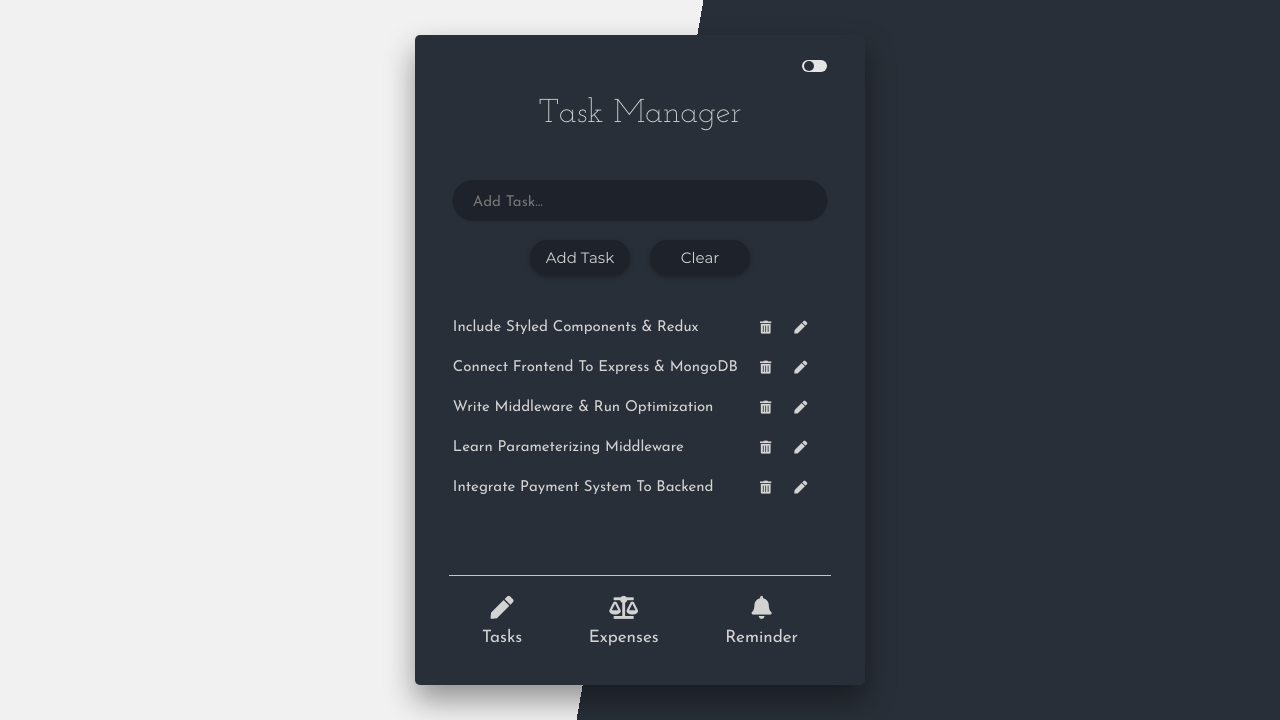
Repository: Kol124/react-task-manager
Page: /
These files come from the project's save history. The page is drawn as it stood at one moment and after the next save; the edit follows.
The browser window is 1280 px wide. The pictures show the whole page.
The project was rebuilt for these pictures with package versions that can differ from the ones it lists, and the page was loaded fresh each time. Also part of the build but not shown: src/reducer/ExpenseReducer.js, src/context/ExpenseContext.js, src/components/expenses/Balance.js, src/components/expenses/IncomeExpenses.js, src/components/expenses/Transaction.js, src/components/expenses/TransactionList.js, src/components/expenses/AddTransaction.js, src/components/expenses/Expense.js and 1 more.

Above is the page before, as saved 2021-06-25 18:34:04.

After the next save:
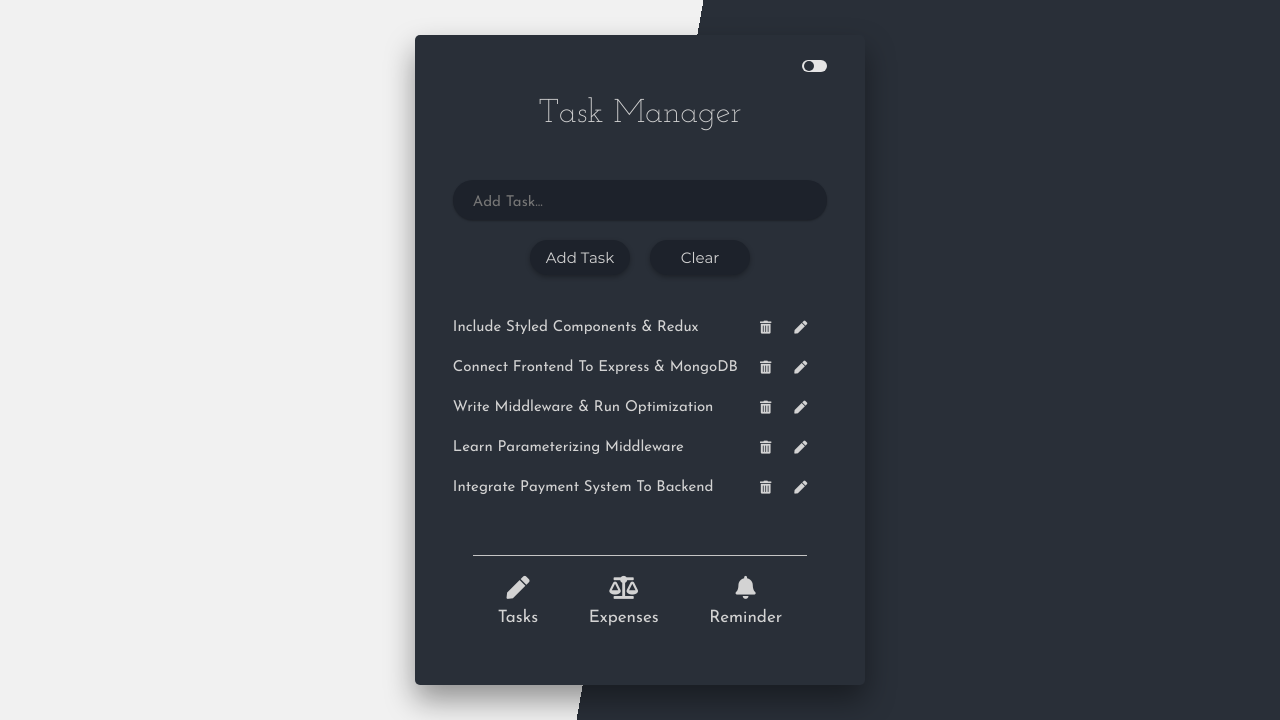
Saved 51 s later.
--- a/src/App.css
+++ b/src/App.css
@@ -209,12 +209,12 @@
   font-size: 2rem;
 }
 
-footer {
+/* footer {
   position: absolute;
   width: 100%;
   bottom: 6%;
   left: 0;
-}
+} */
 
 footer .nav {
   display: flex;

After the save that followed:
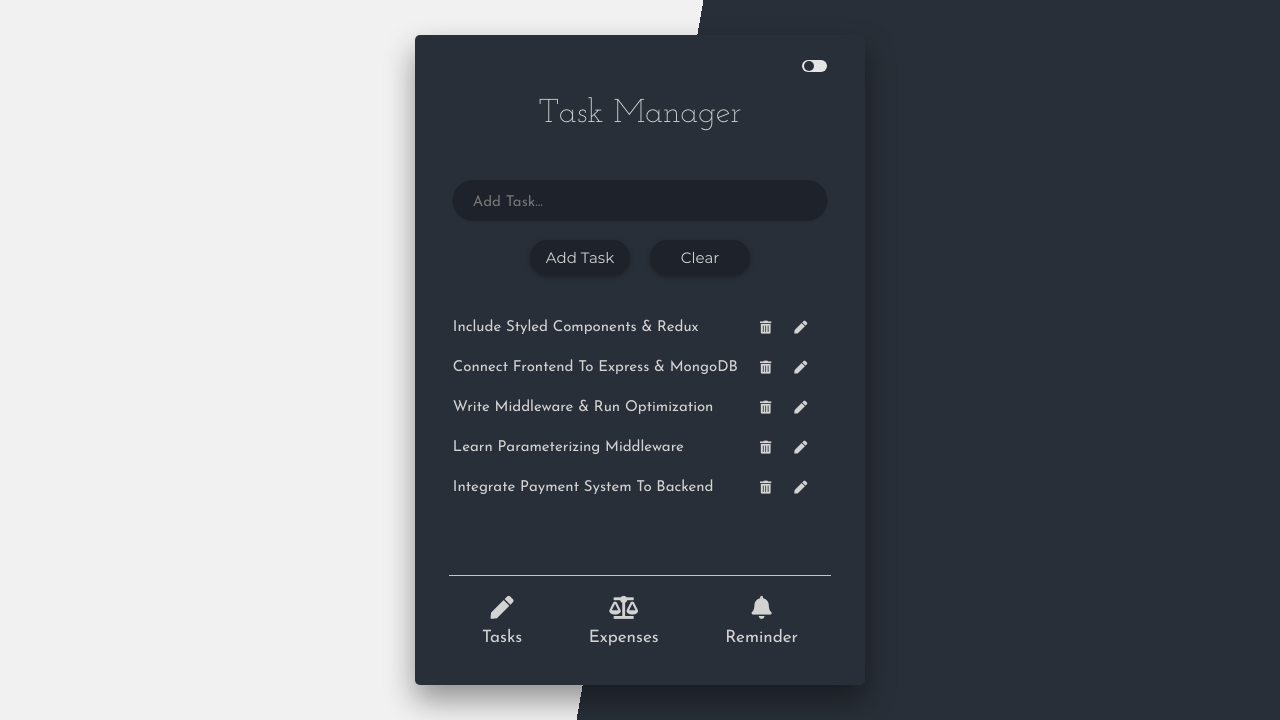
Saved 111 s later.
--- a/src/App.css
+++ b/src/App.css
@@ -209,12 +209,12 @@
   font-size: 2rem;
 }
 
-/* footer {
+footer {
   position: absolute;
   width: 100%;
   bottom: 6%;
   left: 0;
-} */
+}
 
 footer .nav {
   display: flex;
